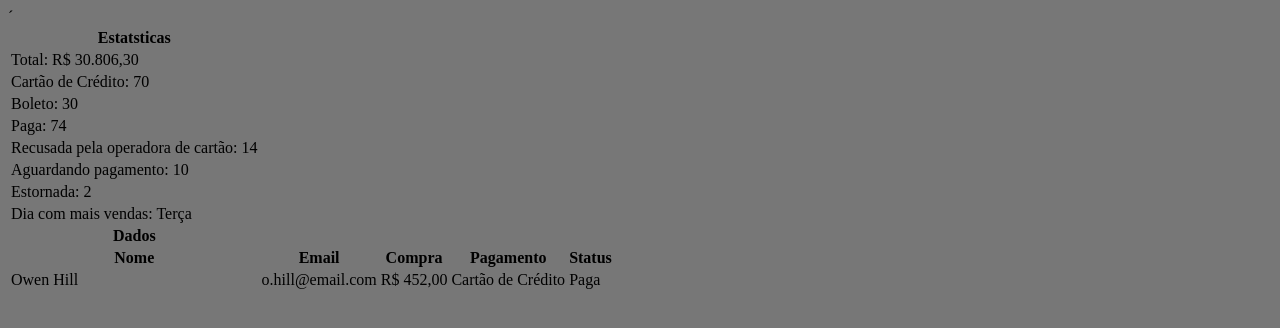
Repository: lucasleitedosreis/exercicios-praticando-typescript
Page: index.html
These files come from the project's save history. The page is drawn as it stood at one moment and after the next save; the edit follows.
The browser window is 1280 px wide. The pictures show the whole page.
The page's requests for data from a server got no answer.

Above is the page before, as saved 2023-04-13 13:52:54.

### index.html
<!DOCTYPE html>
<html lang="pt-BR">

<head>
    <meta charset="UTF-8">
    <meta http-equiv="X-UA-Compatible" content="IE=edge">
    <meta name="viewport" content="width=device-width, initial-scale=1.0">
    <title>Exercícios TypeScript</title>
    <link rel="stylesheet" href="./src/styles.css">
</head>

<body>
    <table>
        <thead>
            <tr>
                <th id="estatisticas">Estatsticas</th>´
            </tr>
        </thead>
        <tbody>
            <tr>
                <td>Total: R$ 30.806,30</td>
            </tr>
            <tr>
                <td>Cartão de Crédito: 70</td>
            </tr>
            <tr>
                <td>Boleto: 30</td>
            </tr>
            <tr>
                <td>Paga: 74</td>
            </tr>
            <tr>
                <td>Recusada pela operadora de cartão: 14</td>
            </tr>
            <tr>
                <td>Aguardando pagamento: 10</td>
            </tr>
            <tr>
                <td>Estornada: 2</td>
            </tr>
            <tr>
                <td>Dia com mais vendas: Terça</td>
            </tr>
        </tbody>
        <thead>
            <tr>
                <th id="dados">Dados</th>
            </tr>
        </thead>
        <tbody>
            <tr>
                <th id="nome" colspan="10">Nome</th>
                <th id="email" colspan="10">Email</th>
                <th id="compra" colspan="10">Compra</th>
                <th id="pagamento" colspan="10">Pagamento</th>
                <th id="status" colspan="10">Status</th>
            </tr>
            <tr>
                <td colspan="10">Owen Hill</td>
                <td colspan="10">o.hill@email.com</td>
                <td colspan="10">R$ 452,00</td>
                <td colspan="10">Cartão de Crédito</td>
                <td colspan="10">Paga</td>
            </tr>
        </tbody>

    </table>
    <script type="module" src="./dist/script.js"></script>
</body>

</html>

### src/styles.css
body {
  background: #777777;
}

### dist/script.js
import fetchData from "./fetchData.js";
import normalizarTransacao from "./normalizartransacao.js";
async function handleData() {
    const data = await fetchData("https://api.origamid.dev/json/transacoes.json?");
    if (!data)
        return;
    const transacoes = data.map(normalizarTransacao);
    console.log(transacoes);
}
handleData();
//# sourceMappingURL=script.js.map

### dist/fetchData.js
export default async function fetchData(url) {
    try {
        const response = await fetch(url);
        if (!response.ok)
            throw new Error("Erro: " + response.status);
        const json = await response.json();
        return json;
    }
    catch (error) {
        if (error instanceof Error)
            console.log("Ocorreu um Erro ao executar o fetch: " + error.message);
        return null;
    }
}
//# sourceMappingURL=fetchData.js.map

### dist/normalizartransacao.js
import moedaParanumero from "./moedaParaNumero.js";
export default function normalizarTransacao(transacao) {
    return {
        nome: transacao.Nome,
        id: transacao.ID,
        data: transacao.Data,
        status: transacao.Status,
        email: transacao.Email,
        moeda: transacao["Valor (R$)"],
        valor: moedaParanumero(transacao["Valor (R$)"]),
        pagamento: transacao["Forma de Pagamento"],
        novo: Boolean(transacao["Cliente Novo"]),
    };
}
//# sourceMappingURL=normalizartransacao.js.map

### dist/moedaParaNumero.js
export default function moedaParanumero(moeda) {
    const numero = Number(moeda.replaceAll(".", "").replaceAll(",", "."));
    if (isNaN(numero)) {
        return null;
    }
    else {
        return numero;
    }
}
//# sourceMappingURL=moedaParaNumero.js.map

After the next save:
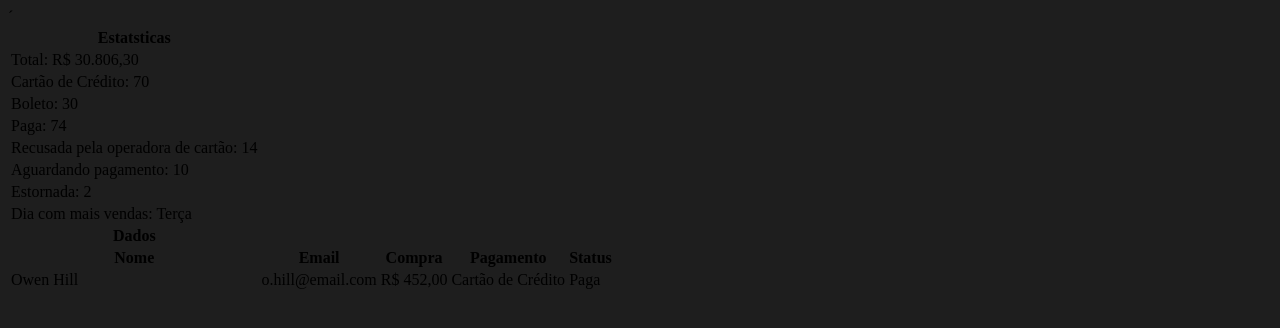
Saved 13 s later.
--- a/src/styles.css
+++ b/src/styles.css
@@ -1,3 +1,3 @@
 body {
-  background: #777777;
+  background: #1e1e1e;
 }
